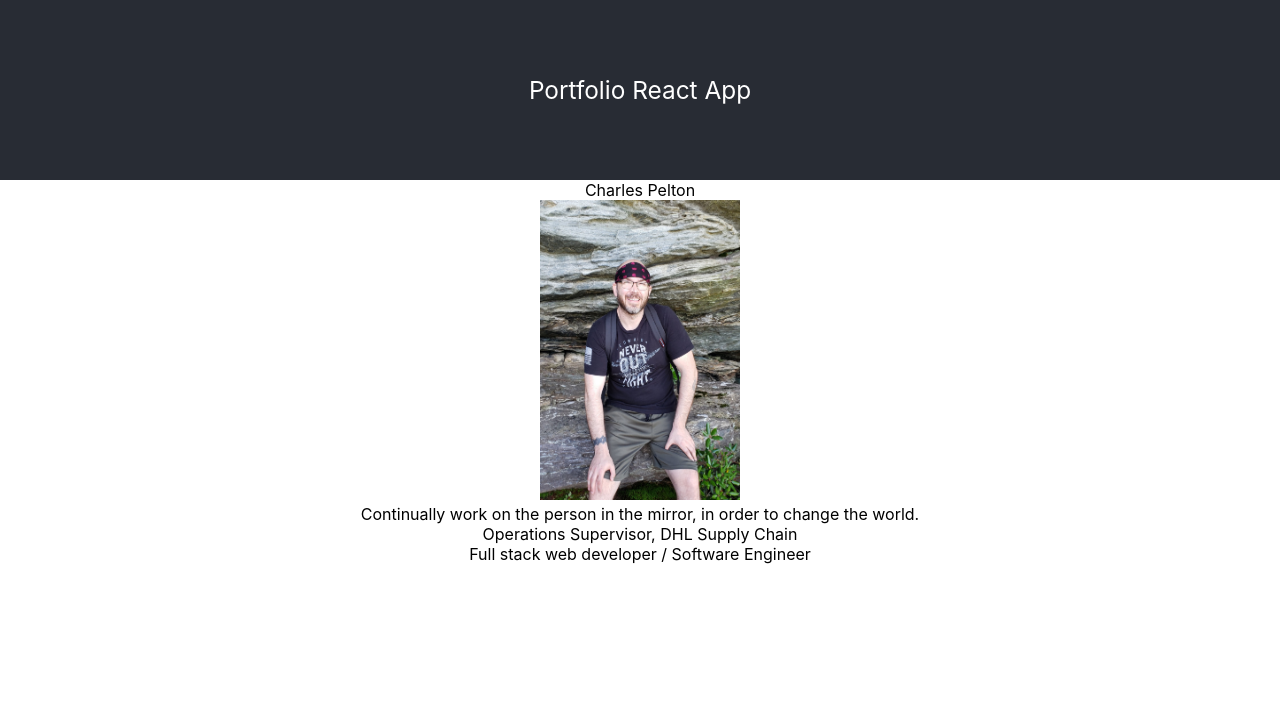
Repository: charliejp0311/PortfolioPage
Page: / (app in portfolio/)
An editor plug-in stored every save of this project. The page is shown before and after the next save, followed by the edit.
The browser window is 1280 px wide. The pictures show the whole page.
The project was rebuilt for these pictures with package versions that can differ from the ones it lists, and the page was loaded fresh each time.

Above is the page before, as saved 2020-12-03 19:24:19.

### portfolio/src/containers/App.js
import '../App.css';
import Me from '../components/me'


function App() {
  return (
    <div className="App">
      <header className="App-header">
        Portfolio React App
      </header>
      <Me />
    </div>
  );
}

export default App;

### portfolio/src/App.css
.App {
  text-align: center;
}

.App-logo {
  height: 40vmin;
  pointer-events: none;
}

@media (prefers-reduced-motion: no-preference) {
  .App-logo {
    animation: App-logo-spin infinite 20s linear;
  }
}

.App-header {
  background-color: #282c34;
  min-height: 25vh;
  display: flex;
  flex-direction: column;
  align-items: center;
  justify-content: center;
  font-size: calc(10px + 2vmin);
  color: white;
}

.App-link {
  color: #61dafb;
}

@keyframes App-logo-spin {
  from {
    transform: rotate(0deg);
  }
  to {
    transform: rotate(360deg);
  }
}

### portfolio/src/components/me.js
import { Component  } from "react";
import portfolioPic from "./images/summer2020.jpg";

class Me extends Component{
    state = {
        name: "Charles Pelton",
        moto: "Continually work on the person in the mirror, in order to change the world.",
        career: "Operations Supervisor, DHL Supply Chain",
        aspiration: "Full stack web developer / Software Engineer"
    }
    render(){
        return(
            <div id="me">
                {this.state.name}<br />
                <img src={portfolioPic} alt='Me' width='200' height='300' /><br />
                {this.state.moto}<br />
                {this.state.career}<br />
                {this.state.aspiration}
            </div>
        )
    }
};

export default Me;

Loaded but not shown: portfolio/public/index.html (common file); portfolio/src/index.js (common file); Portfolio/src/index.css (common file); portfolio/src/reportWebVitals.js (common file)

After the next save:
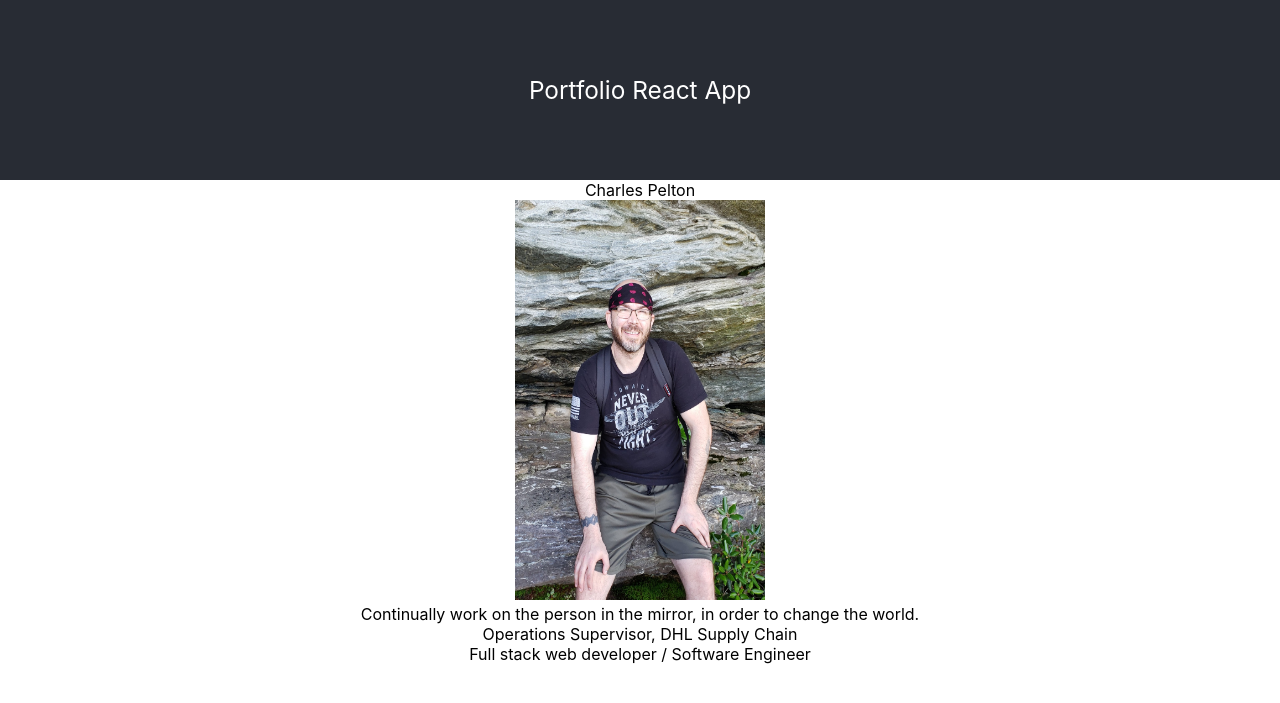
Saved 47 s later.
--- a/portfolio/src/components/me.js
+++ b/portfolio/src/components/me.js
@@ -12,7 +12,7 @@ class Me extends Component{
         return(
             <div id="me">
                 {this.state.name}<br />
-                <img src={portfolioPic} alt='Me' width='200' height='300' /><br />
+                <img src={portfolioPic} alt='Me' width='250' height='400' /><br />
                 {this.state.moto}<br />
                 {this.state.career}<br />
                 {this.state.aspiration}
